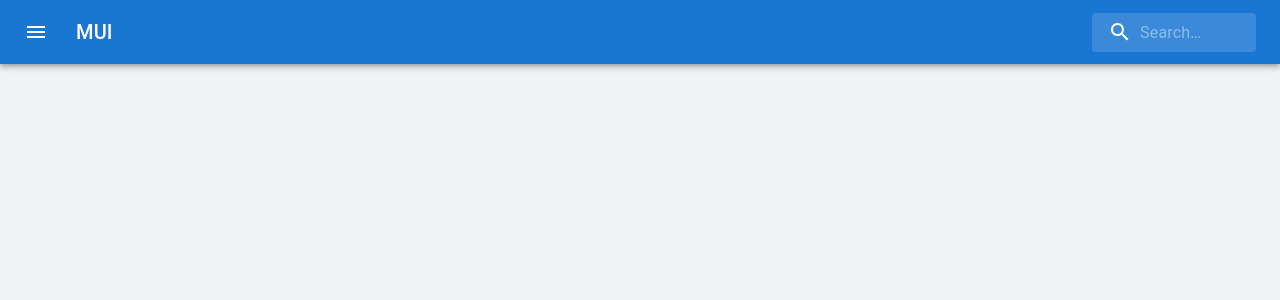
Repository: MilenaMartini/pokedex_react_js
Page: /pokedex
These files come from the project's save history. The page is drawn as it stood at one moment and after the next save; the edit follows.
The browser window is 1280 px wide. The pictures show the whole page.
The project was rebuilt for these pictures with package versions that can differ from the ones it lists, and the page was loaded fresh each time. Also part of the build but not shown: src/pages/Login/Styles_Login.js, src/pages/Pg_Pokedex/Pg_Poke.tsx, src/styles/styles.css, src/Components/Input/Styles_Input.js, src/Components/Input/Input.js, src/Components/Button/Styles_Btn_Login.js, src/Components/Button/Btn_Login.js, src/pages/Login/Pg_Login.js.

Above is the page before, as saved 2023-01-25 11:36:39.

After the next save:
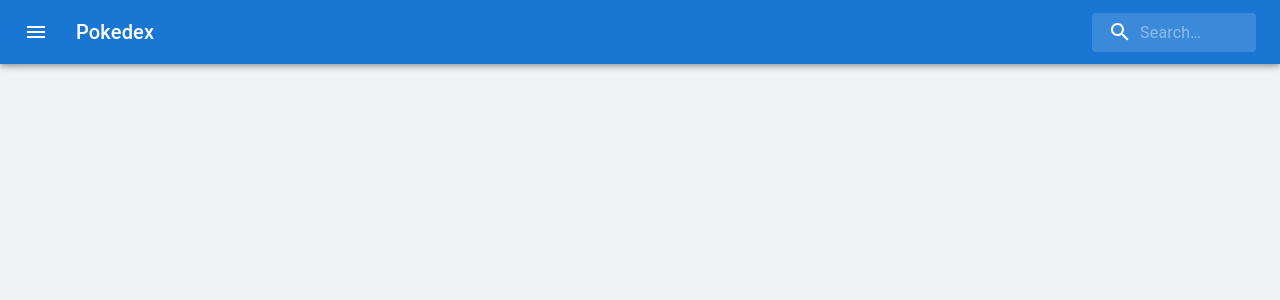
Saved 14 min 41 s later.
--- a/src/Components/Navbar/Navbar.jsx
+++ b/src/Components/Navbar/Navbar.jsx
@@ -71,7 +71,7 @@
             component="div"
             sx={{ flexGrow: 1, display: { xs: 'none', sm: 'block' } }}
           >
-            MUI
+            Pokedex
           </Typography>
           <Search>
             <SearchIconWrapper>
